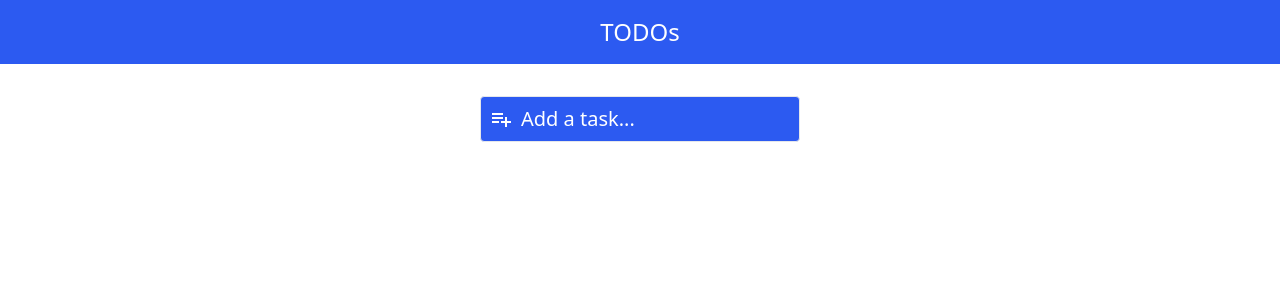
Repository: Jay-JYKim91/wanted-pre-onboarding-challenge-fe-1
Page: /
The author's editor kept a copy of each file at every save. The page is drawn from the files as they stood at one save, then again after the next save.
The browser window is 1280 px wide. The pictures show the whole page.
The project was rebuilt for these pictures with package versions that can differ from the ones it lists, and the page was loaded fresh each time. Also part of the build but not shown: src/page/Auth.tsx.

Above is the page before, as saved 2022-08-01 22:15:37.

After the next save:
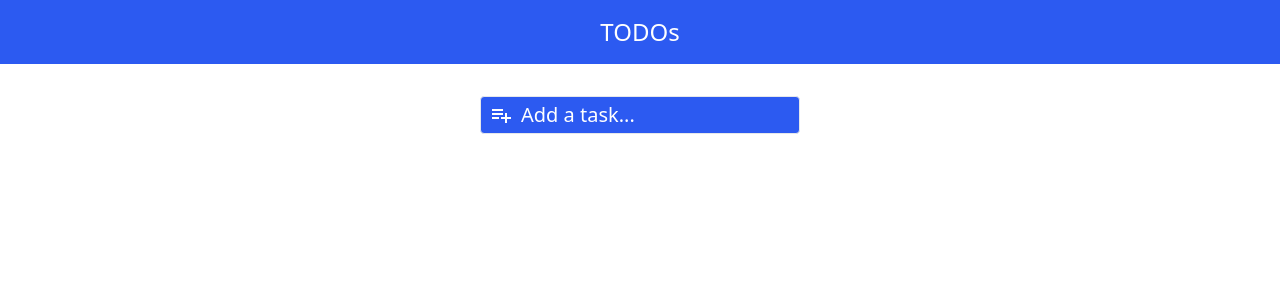
Saved 6 s later.
--- a/src/page/Main.tsx
+++ b/src/page/Main.tsx
@@ -6,7 +6,7 @@ function Main() {
     <div className="max-w-xs mx-auto my-8">
       <button
         type="button"
-        className="flex items-center border rounded bg-primary-900 text-white p-2 w-full"
+        className="flex items-center border rounded bg-primary-900 text-white px-2 py-1 w-full"
       >
         <MdPlaylistAdd className="mr-2 text-2xl" />
         <span className="text-xl">Add a task...</span>
